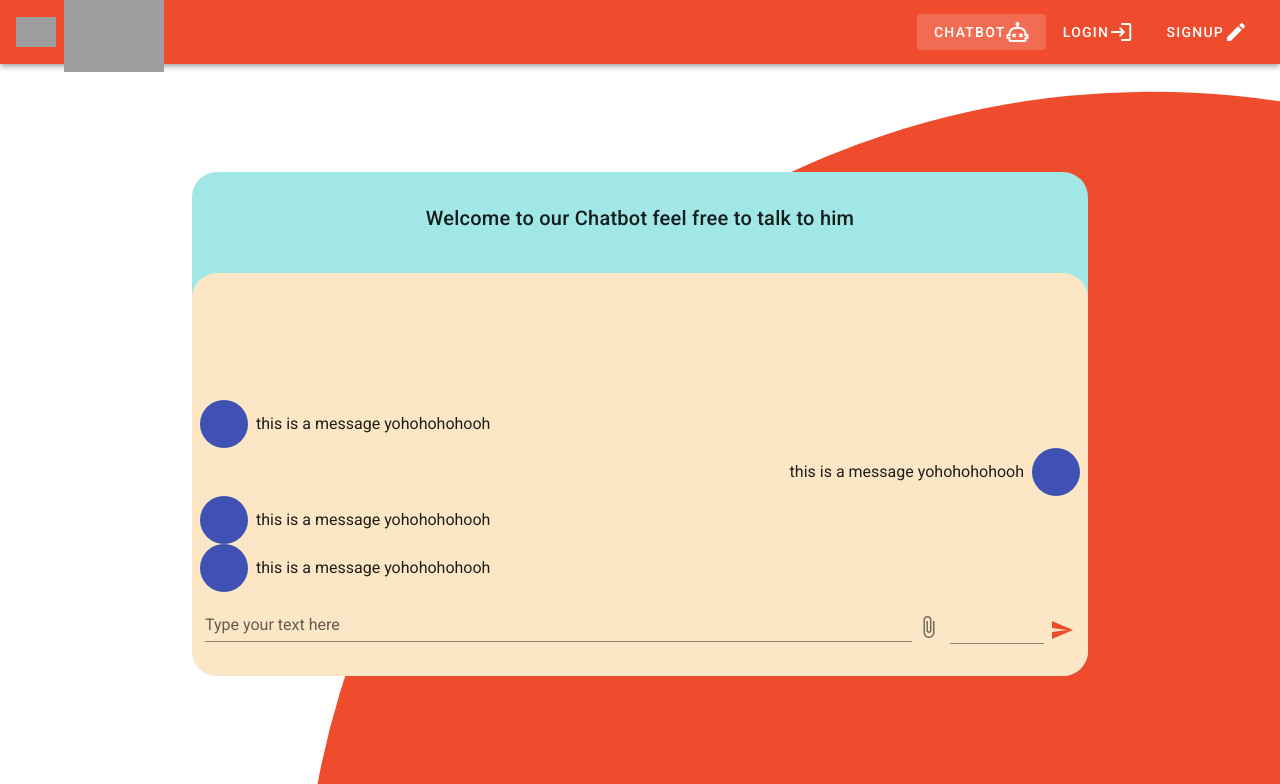
Repository: atout811/pyTorch-Hackathon
Page: /chatbot (app in frontend/)
An editor plug-in stored every save of this project. The page is shown before and after the next save, followed by the edit.
The browser window is 1280 px wide. The pictures show the whole page.
Pictures or frames that could not be fetched are drawn as grey boxes. The project was rebuilt for these pictures with package versions that can differ from the ones it lists, and the page was loaded fresh each time. Also part of the build but not shown: frontend/vue.config.js, frontend/src/views/Home.vue.

Above is the page before, as saved 2021-10-21 15:31:07.

### frontend/src/main.js
import Vue from 'vue'
import App from './App.vue'
import './registerServiceWorker'
import router from './router'
import store from './store'
import vuetify from './plugins/vuetify'
import instance from './plugins/axios'

Vue.config.productionTip = false
Vue.prototype.$axios = instance;

new Vue({
  router,
  store,
  vuetify,
  render: function (h) { return h(App) }
}).$mount('#app')

### frontend/src/App.vue
<template>
  <v-app>
    <v-app-bar app color="primary" dark>
      <div class="d-flex align-center">
        <v-img
          alt="Vuetify Logo"
          class="shrink mr-2"
          contain
          src="https://cdn.vuetifyjs.com/images/logos/vuetify-logo-dark.png"
          transition="scale-transition"
          width="40"
        />

        <v-img
          alt="Vuetify Name"
          class="shrink mt-1 hidden-sm-and-down"
          contain
          min-width="100"
          src="https://cdn.vuetifyjs.com/images/logos/vuetify-name-dark.png"
          width="100"
        />
      </div>

      <v-spacer></v-spacer>
      <v-btn to="/chatbot" text>
        <v-text>Chatbot</v-text>
        <v-icon>mdi-robot-dead-outline</v-icon>
      </v-btn>
      <v-btn to="/login" text>
        <v-text>Login</v-text>
        <v-icon>mdi-login</v-icon>
      </v-btn>
      <v-btn to="/signup" text>
        <v-text>Signup</v-text>
        <v-icon>mdi-pencil</v-icon>
      </v-btn>
    </v-app-bar>

    <v-main class="bubble">
      <router-view />
    </v-main>
  </v-app>
</template>

<script>
export default {
  name: "App",

  data: () => ({
    //
  }),
};
</script>
<style>
.bubble::before {
  background-color: var(--v-primary-base);
  clip-path: circle(80% at 90% 120%);
  width: 100%;
  height: 100%;
  content: "";
  position: absolute;
  box-sizing: none;
  top: 0;
  left: 0;
}
</style>

### frontend/src/router/index.js
import Vue from "vue";
import VueRouter from "vue-router";
import Home from "../views/Home.vue";

Vue.use(VueRouter);

const routes = [
  {
    path: "/",
    name: "Home",
    component: Home,
  },
  {
    path: "/about",
    name: "About",
    // route level code-splitting
    // this generates a separate chunk (about.[hash].js) for this route
    // which is lazy-loaded when the route is visited.
    component: function() {
      return import(/* webpackChunkName: "about" */ "../views/About.vue");
    },
  },
  {
    path: "/login",
    name: "Login",
    // route level code-splitting
    // this generates a separate chunk (Login.[hash].js) for this route
    // which is lazy-loaded when the route is visited.
    component: function() {
      return import(/* webpackChunkName: "Login" */ "../views/Login.vue");
    },
  },
  {
    path: "/signup",
    name: "Signup",
    // route level code-splitting
    // this generates a separate chunk (Signup.[hash].js) for this route
    // which is lazy-loaded when the route is visited.
    component: function() {
      return import(/* webpackChunkName: "Signup" */ "../views/Signup.vue");
    },
  },
  {
    path: "/chatbot",
    name: "chatbot",
    // route level code-splitting
    // this generates a separate chunk (Signup.[hash].js) for this route
    // which is lazy-loaded when the route is visited.
    component: function() {
      return import(/* webpackChunkName: "Signup" */ "../views/Chatbot.vue");
    },
  },
];

const router = new VueRouter({
  mode: "history",
  base: process.env.BASE_URL,
  routes,
});

export default router;

### frontend/src/plugins/vuetify.js
import Vue from 'vue';
import Vuetify from 'vuetify/lib/framework';

Vue.use(Vuetify);

export default new Vuetify({
    theme: {
        themes: {
            light: {
                primary: "#ee4c2c"
            }
        }, options: {
            customProperties: true
        },
    }
});

### frontend/src/plugins/axios.js
import axios from "axios";

const instance = axios.create({
    headers: {
        "Content-Type": "application/json"
    }
})

export default instance;

### frontend/src/views/Chatbot.vue
<template>
  <div class="baba">
    <div class="container">
      <h1 class="title">Welcome to our Chatbot feel free to talk to him</h1>
      <div class="chat-container">
        <div v-for="(message, i) in chat" :key="i" class="messages">
          <div :class="message.from == 'bot' ? 'bot' : 'user'">
            <v-avatar color="indigo">
              <v-icon dark> {{message.from=='bot'?'mdi-robot-dead-outline':'mdi-account-circ'le </v-icon>
            </v-avatar>
            <div class="messg">this is a message yohohohohooh</div>
          </div>
        </div>
        <div class="input-group">
          <v-text-field
            class="text-input"
            label="Type your text here"
          ></v-text-field>
          <v-file-input accept="image/*"></v-file-input>
          <v-btn icon color="var(--v-primary-base)">
            <v-icon>mdi-send</v-icon>
          </v-btn>
        </div>
      </div>
    </div>
  </div>
</template>

<script>
export default {
  name: "chatbot",
  data() {
    return {
      chat: [
        { from: "bot", message: "hey how can i help u ?" },
        { from: "user", message: "nohting" },
        { from: "bot", message: "okay, bye " },
        { from: "bot", message: "btw feel fear on human" },
      ],
    };
  },
};
</script>

<style>
.baba {
  height: 100vh;
  width: 100vw;
  display: flex;
}
.container {
  height: 70vh;
  width: 70vw;
  padding: 0;
  align-self: center;
  background-color: #a0e7e5;
  border-radius: 25px;
  display: flex;
  flex-direction: column;
  justify-content: space-between;
  align-items: center;
}
.title {
  margin: 10px;
  margin-top: 30px;
}
.chat-container {
  height: 80%;
  width: 100%;
  background-color: #fbe7c6;
  border-radius: 25px;
  display: flex;
  flex-direction: column;
  justify-content: flex-end;
  padding: 8px;
}
.text-input {
  width: 70%;
  margin: 5px;
}
.input-group {
  display: flex;
  align-items: center;
}
.bot {
  display: flex;
  align-items: center;
}
.user {
  display: flex;
  align-items: center;
  flex-direction: row-reverse;
}
.messg {
  margin: 8px;
}
</style>

Loaded but not shown: frontend/public/index.html (common file); frontend/src/registerServiceWorker.js (common file); frontend/src/store/index.js (common file)

After the next save:
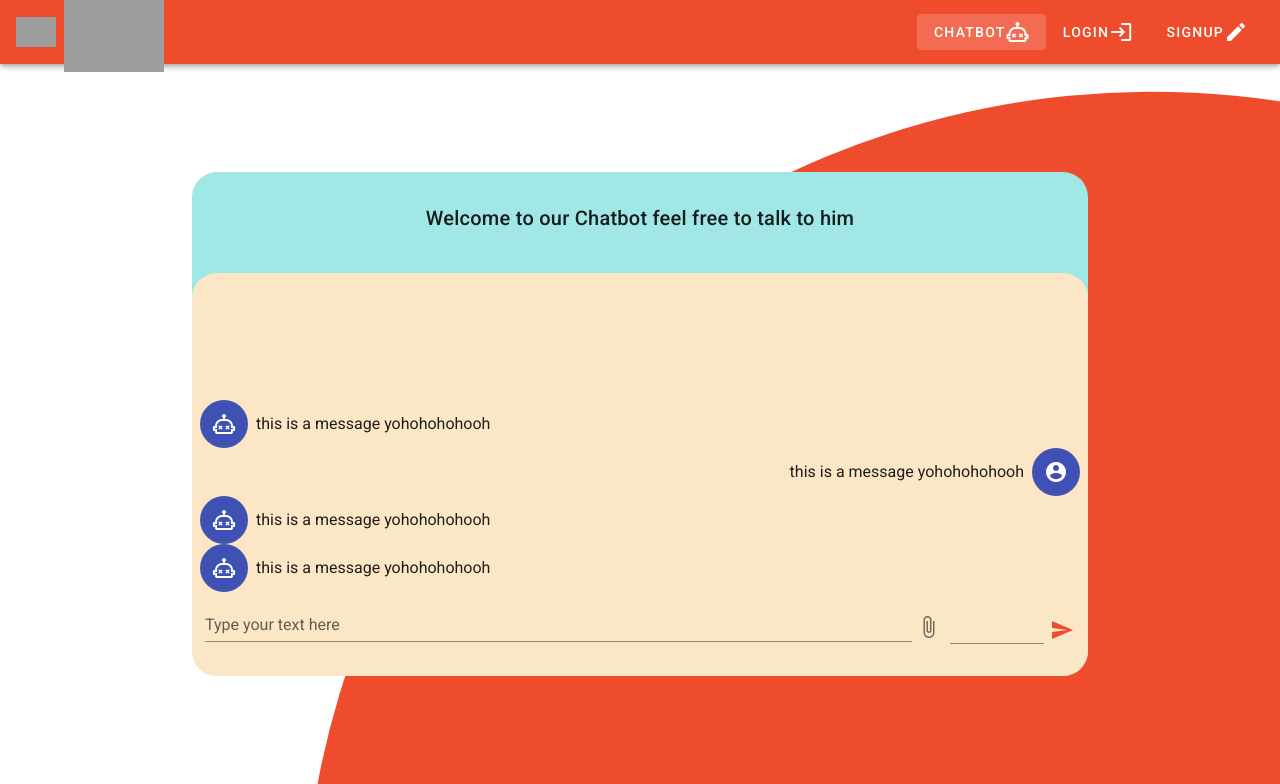
Saved 10 s later.
--- a/frontend/src/views/Chatbot.vue
+++ b/frontend/src/views/Chatbot.vue
@@ -6,7 +6,13 @@
         <div v-for="(message, i) in chat" :key="i" class="messages">
           <div :class="message.from == 'bot' ? 'bot' : 'user'">
             <v-avatar color="indigo">
-              <v-icon dark> {{message.from=='bot'?'mdi-robot-dead-outline':'mdi-account-circ'le </v-icon>
+              <v-icon dark>
+                {{
+                  message.from == "bot"
+                    ? "mdi-robot-dead-outline"
+                    : "mdi-account-circle"
+                }}
+              </v-icon>
             </v-avatar>
             <div class="messg">this is a message yohohohohooh</div>
           </div>
